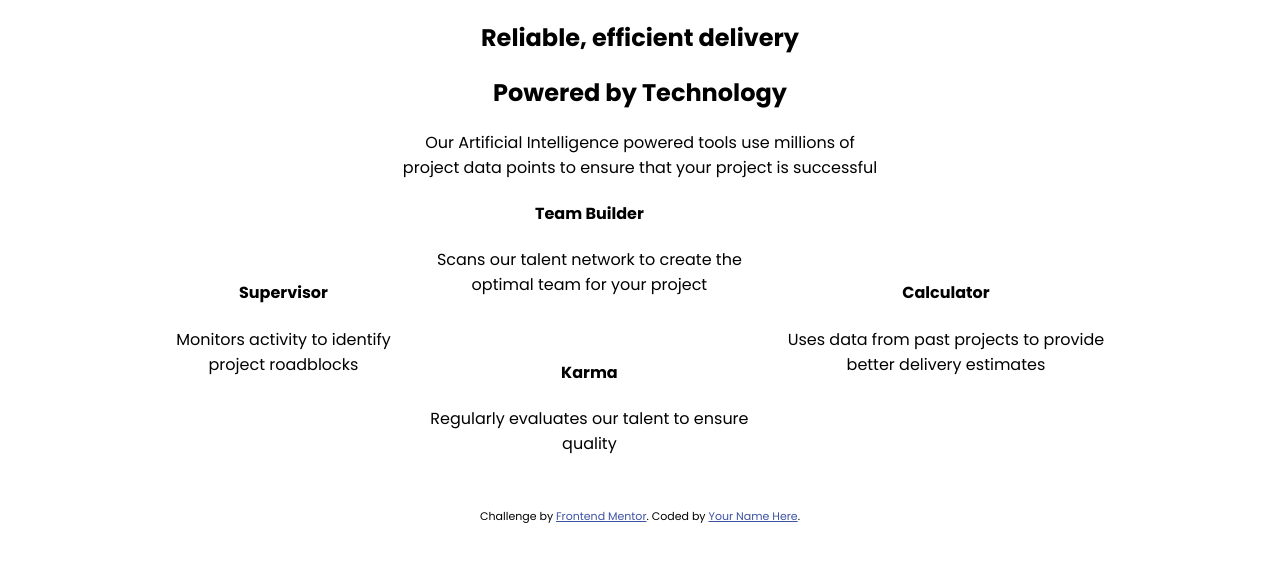
Repository: BuduCE/four-card-feature-section-master
Page: index.html
An editor plug-in stored every save of this project. The page is shown before and after a run of saves, followed by the edit.
The browser window is 1280 px wide. The pictures show the whole page.

Above is the page before, as saved 2023-06-01 22:12:37.

### index.html
<!DOCTYPE html>
<html lang="en">
<head>
  <meta charset="UTF-8">
  <meta name="viewport" content="width=device-width, initial-scale=1.0"> <!-- displays site properly based on user's device -->

  <link rel="icon" type="image/png" sizes="32x32" href="./images/favicon-32x32.png">

  <title>Frontend Mentor | Four card feature section</title>

  <link rel="stylesheet" href="styles.css">
  <!-- Gogle font family -->
  <link rel="preconnect" href="https://fonts.googleapis.com">
  <link rel="preconnect" href="https://fonts.gstatic.com" crossorigin>
  <link
    href="https://fonts.googleapis.com/css2?family=Montserrat:ital,wght@0,200;0,300;0,400;0,500;0,600;0,700;0,800;0,900;1,200;1,300;1,400;1,500;1,600;1,700;1,800;1,900&family=Poppins:wght@100;200;300;400;500;700;900&display=swap"
    rel="stylesheet">
</head>
<body>
  <h2>Reliable, efficient delivery</h2>
  <h2>Powered by Technology</h2>

  <p class="header_detail">Our Artificial Intelligence powered tools use millions of project data points
  to ensure that your project is successful</p>

  <div class="product_card">
    <div class="card_containers">
      <div class="card">
        <h4>Supervisor</h4>
        <p>Monitors activity to identify project roadblocks</p>
        <img src="" alt="">
      </div>
    </div>

    <div class="card_containers special">
      <div class="card">
        <h4>Team Builder</h4>
        <p>Scans our talent network to create the optimal team for your project</p>
        <img src="" alt="">
      </div>

      <div class="card">
        <h4>Karma</h4>
        <p>Regularly evaluates our talent to ensure quality</p>
        <img src="" alt="">
      </div>
    </div>

    <div class="card_containers">
      <div class="card">
        <h4>Calculator</h4>
        <p>Uses data from past projects to provide better delivery estimates</p>
        <img src="" alt="">
      </div>
    </div>
  </div>

  <footer>
    <p class="attribution">
      Challenge by <a href="https://www.frontendmentor.io?ref=challenge" target="_blank">Frontend Mentor</a>.
      Coded by <a href="#">Your Name Here</a>.
    </p>
  </footer>
</body>
</html>

### styles.css
.attribution {
    font-size: 11px;
    text-align: center;
}

.attribution a {
    color: hsl(228, 45%, 44%);
}

body {
    font-family: 'Poppins', sans-serif;
    text-align: center;
    width: 75%;
    margin: auto;
}
.header_detail{
    width: 50%;
    margin: auto;
}
.product_card{
    /* display: grid;
    grid-template-columns: 1fr 1fr 1fr; */
    display: flex;
    align-items: center;
}

After the next 2 saves:
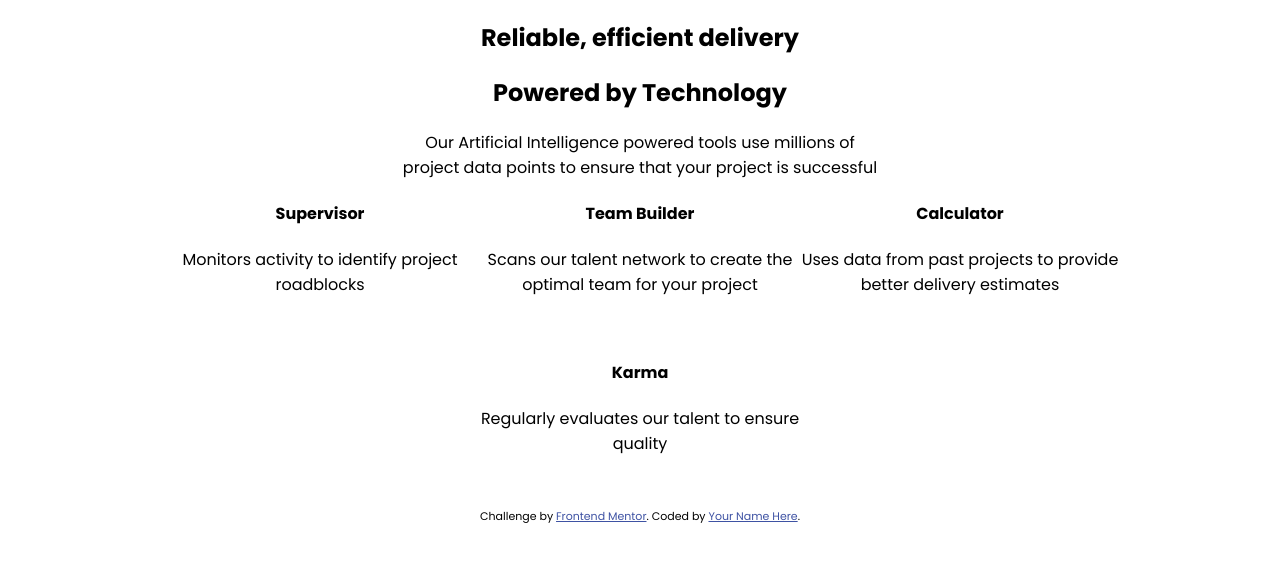
The 2 saves are shown as one change because they came seconds apart.
The last was saved 71 s later.
--- a/styles.css
+++ b/styles.css
@@ -18,8 +18,8 @@ body {
     margin: auto;
 }
 .product_card{
-    /* display: grid;
-    grid-template-columns: 1fr 1fr 1fr; */
-    display: flex;
-    align-items: center;
+    display: grid;
+    grid-template-columns: 1fr 1fr 1fr;
+    /* display: flex;
+    align-items: center; */
 }
